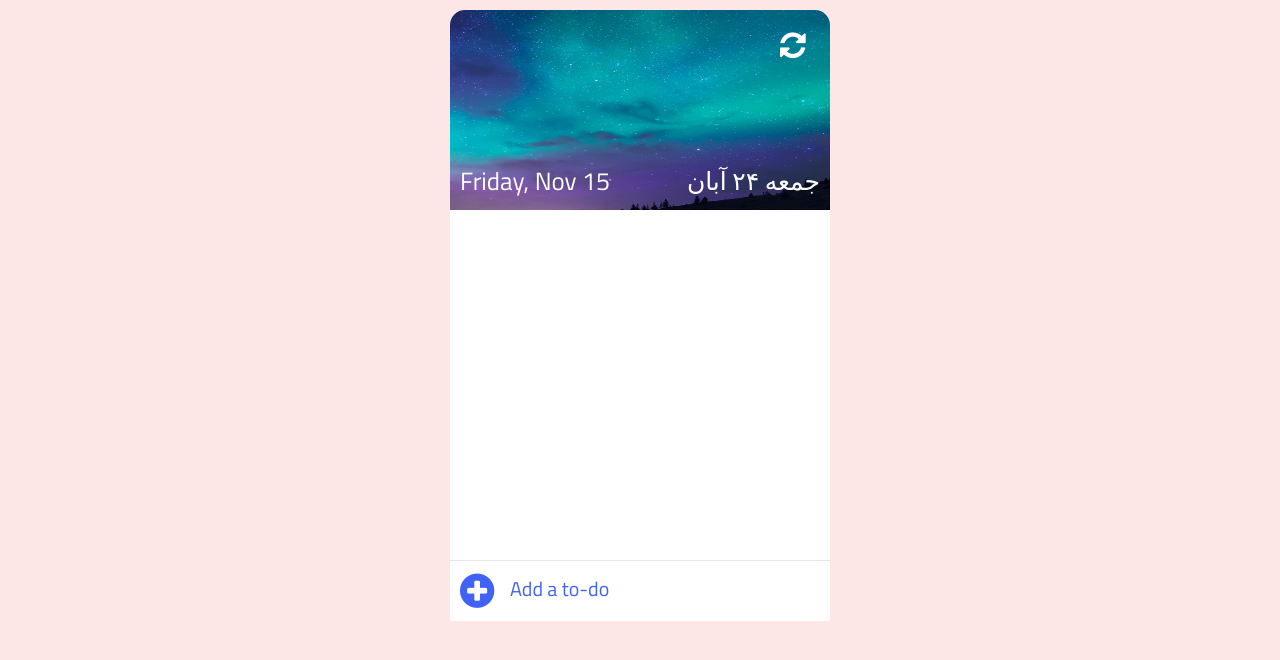
Repository: abouzarSoleymani/todo-js
Page: index.html
The author's editor kept a copy of each file at every save. The page is drawn from the files as they stood at one save, then again after a run of saves.
The browser window is 1280 px wide. The pictures show the whole page.

Above is the page before, as saved 2019-11-15 13:42:34.

### index.html
<!-- CODE EXPLAINED CHANNEL -->
<!DOCTYPE html>
<html lang="en">
<head>
    <meta charset="UTF-8">
    <title>JavaScript - To Do List</title>
    <link rel="stylesheet" href="https://fonts.googleapis.com/css?family=Titillium+Web">
    <link rel="stylesheet" href="css/font-awesome.css">
    <link rel="stylesheet" href="css/style.css">
</head>
<body>
    <div class="container">
        <div class="header">
            <div class="clear">
                <i class="fa fa-refresh"></i>
            </div>
            <div id="date"></div>
            <div id="date-fa"></div>
        </div>
        <div class="content">
            <ul id="list">
               <!--
                <li class="item">
                    <i class="fa fa-circle-thin co" job="complete" id="0"></i>
                    <p class="text">Drink Coffee</p>
                    <i class="fa fa-trash-o de" job="delete" id="0"></i>
                </li> -->
            </ul>
        </div>
        <div class="add-to-do">
            <i class="fa fa-plus-circle"></i>
            <input type="text" id="input" placeholder="Add a to-do">
        </div>
    </div>
    <script src="js/app.js"></script>
</body>
</html>

### css/style.css
/* ------------ youtube.com/CodeExplained ------------ */
body{
    padding: 0;
    margin: 0;
    background-color: rgba(226, 14, 14, 0.1);
    font-family: 'Titillium Web', sans-serif;
    height: 100vh;
}

/* ------------ container ------------ */
.container{
    padding:10px;
    width:380px;
    margin:0 auto;
}

/* ------------ header ------------ */
.header{
    width: 380px;
    height:200px;
    background-image: url('../img/bg2.jpg');
    background-size: 100% 200%;
    background-repeat: no-repeat;
    border-radius: 15px 15px 0 0;
    position: relative;
}
.clear{
    width : 30px;
    height: 30px;
    position: absolute;
    right:20px;
    top: 20px;
}
.clear i{
    font-size: 30px;
    color: #FFF;
}
.clear i:hover{
    cursor: pointer;
    text-shadow: 1px 3px 5px #000;
    transform: rotate(45deg);
}
#date{
    position: absolute;
    bottom: 10px;
    left: 10px;
    color: #FFF;
    font-size: 25px;
    font-family: 'Titillium Web', sans-serif;
}
#date-fa{
    position: absolute;
    bottom: 10px;
    right: 10px;
    color: #FFF;
    font-size: 25px;
    font-family: 'Titillium Web', sans-serif;
}

/* ------------ content ------------ */
.content{
    width:380px;
    height: 350px;
    max-height:350px;
    background-color: #FFF;
    overflow: auto;
}
.content::-webkit-scrollbar {
    display: none;
}
.content ul{
    padding:0;
    margin:0;
}
.item{
    width:380px;
    height: 45px;
    min-height: 45px;
    position: relative;
    border-bottom: 1px solid rgba(0,0,0,0.1);
    list-style: none;
    padding: 0;
    margin: 0;
}
.item i.co{
    position: absolute;
    font-size: 25px;
    padding-left:5px;
    left:15px;
    top:10px;
}
.item i.co:hover{
    cursor: pointer;
}
.fa-check-circle{
    color:#6eb200;
}
.item p.text{
    position: absolute;
    padding:0;
    margin:0;
    font-size: 20px;
    left:50px;
    top:5px;
    background-color: #FFF;
    max-width:285px;
}
.lineThrough{
    text-decoration: line-through;
    color : #ccc;
}
.item i.de{
    position: absolute;
    font-size: 25px;
    right:15px;
    top:10px;
}
.item i.de:hover{
    color:#af0000;
    cursor: pointer;
}
/* ------------ add item ------------ */
.add-to-do{
    position: relative;
    width: 360px;
    height:40px;
    background-color: #FFF;
    padding: 10px;
    border-top: 1px solid rgba(0,0,0,0.1);
}
.add-to-do i{
    position: absolute;
    font-size: 40px;
    color: #4162f6;
}

.add-to-do input{
    position: absolute;
    left: 50px;
    height: 35px;
    width: 310px;
    background-color: transparent;
    border: none;
    font-size: 20px;
    padding-left:10px;
}
.add-to-do input::-webkit-input-placeholder { /* Chrome/Opera/Safari */
    color: #4162f6;
    font-family: 'Titillium Web', sans-serif;
    font-size: 20px;
}
.add-to-do input::-moz-placeholder { /* Firefox 19+ */
    color: #4162f6;
    font-family: 'Titillium Web', sans-serif;
    font-size: 20px;
}
.add-to-do input:-ms-input-placeholder { /* IE 10+ */
    color: #4162f6;
    font-family: 'Titillium Web', sans-serif;
    font-size: 20px;
}
.add-to-do input:-moz-placeholder { /* Firefox 18- */
    color: #4162f6;
    font-family: 'Titillium Web', sans-serif;
    font-size: 20px;
}

### js/app.js
// CODE EXPLAINED channel

// Select the Elements
const clear = document.querySelector(".clear");
const dateElementEN = document.getElementById("date");
const dateElementFA = document.getElementById("date-fa");
const list = document.getElementById("list");
const input = document.getElementById("input");

// Classes names
const CHECK = "fa-check-circle";
const UNCHECK = "fa-circle-thin";
const LINE_THROUGH = "lineThrough";

// Variables
let LIST, id;

// get item from localstorage
let data = localStorage.getItem("TODO");

// check if data is not empty
if(data){
    LIST = JSON.parse(data);
    id = LIST.length; // set the id to the last one in the list
    loadList(LIST); // load the list to the user interface
}else{
    // if data isn't empty
    LIST = [];
    id = 0;
}

// load items to the user's interface
function loadList(array){
    array.forEach(function(item){
        addToDo(item.name, item.id, item.done, item.trash);
    });
}

// clear the local storage
clear.addEventListener("click", function(){
    localStorage.clear();
    location.reload();
});

// Show todays date
const optionsEN = {weekday : "long", month:"short", day:"numeric"};
const optionsFA = { weekday : "long", month:"short", day:"numeric"};
const today = new Date();

dateElementEN.innerHTML = today.toLocaleDateString("en-US", optionsEN);
dateElementFA.innerHTML = today.toLocaleDateString("fa", optionsFA);

// add to do function

function addToDo(toDo, id, done, trash){

    if(trash){ return; }

    const DONE = done ? CHECK : UNCHECK;
    const LINE = done ? LINE_THROUGH : "";

    const item = `<li class="item">
                    <i class="fa ${DONE} co" job="complete" id="${id}"></i>
                    <p class="text ${LINE}">${toDo}</p>
                    <i class="fa fa-trash-o de" job="delete" id="${id}"></i>
                  </li>
                `;

    const position = "beforeend";

    list.insertAdjacentHTML(position, item);
}

// add an item to the list user the enter key
document.addEventListener("keyup",function(even){
    if(event.keyCode == 13){
        const toDo = input.value;

        // if the input isn't empty
        if(toDo){
            addToDo(toDo, id, false, false);

            LIST.push({
                name : toDo,
                id : id,
                done : false,
                trash : false
            });

            // add item to localstorage ( this code must be added where the LIST array is updated)
            localStorage.setItem("TODO", JSON.stringify(LIST));

            id++;
        }
        input.value = "";
    }
});


// complete to do
function completeToDo(element){
    element.classList.toggle(CHECK);
    element.classList.toggle(UNCHECK);
    element.parentNode.querySelector(".text").classList.toggle(LINE_THROUGH);

    LIST[element.id].done = LIST[element.id].done ? false : true;
}

// remove to do
function removeToDo(element){
    element.parentNode.parentNode.removeChild(element.parentNode);

    LIST[element.id].trash = true;
}

// target the items created dynamically

list.addEventListener("click", function(event){
    const element = event.target; // return the clicked element inside list
    const elementJob = element.attributes.job.value; // complete or delete

    if(elementJob == "complete"){
        completeToDo(element);
    }else if(elementJob == "delete"){
        removeToDo(element);
    }

    // add item to localstorage ( this code must be added where the LIST array is updated)
    localStorage.setItem("TODO", JSON.stringify(LIST));
});

Loaded but not shown: css/font-awesome.css (library)

After the next 2 saves:
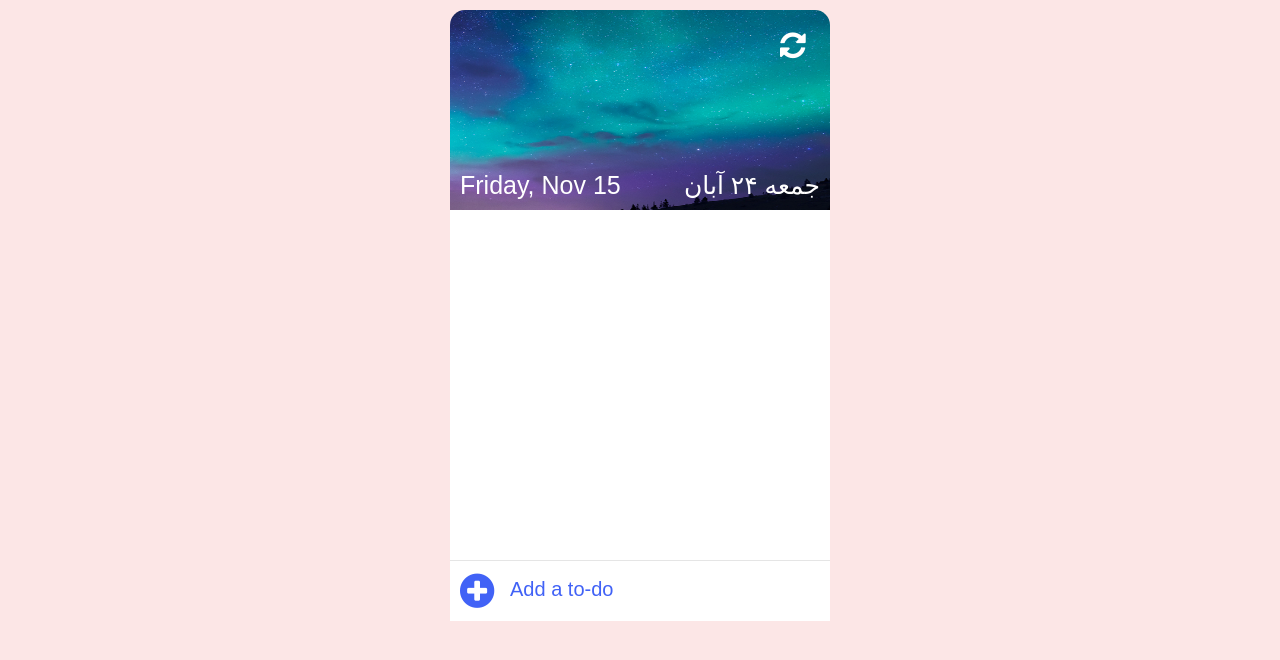
The 2 saves are shown as one change because they came seconds apart.
The last was saved 2 min 22 s later.
--- a/index.html
+++ b/index.html
@@ -4,7 +4,7 @@
 <head>
     <meta charset="UTF-8">
     <title>JavaScript - To Do List</title>
-    <link rel="stylesheet" href="https://fonts.googleapis.com/css?family=Titillium+Web">
+    <link href="https://fonts.googleapis.com/css?family=Signika&display=swap" rel="stylesheet">
     <link rel="stylesheet" href="css/font-awesome.css">
     <link rel="stylesheet" href="css/style.css">
 </head>
